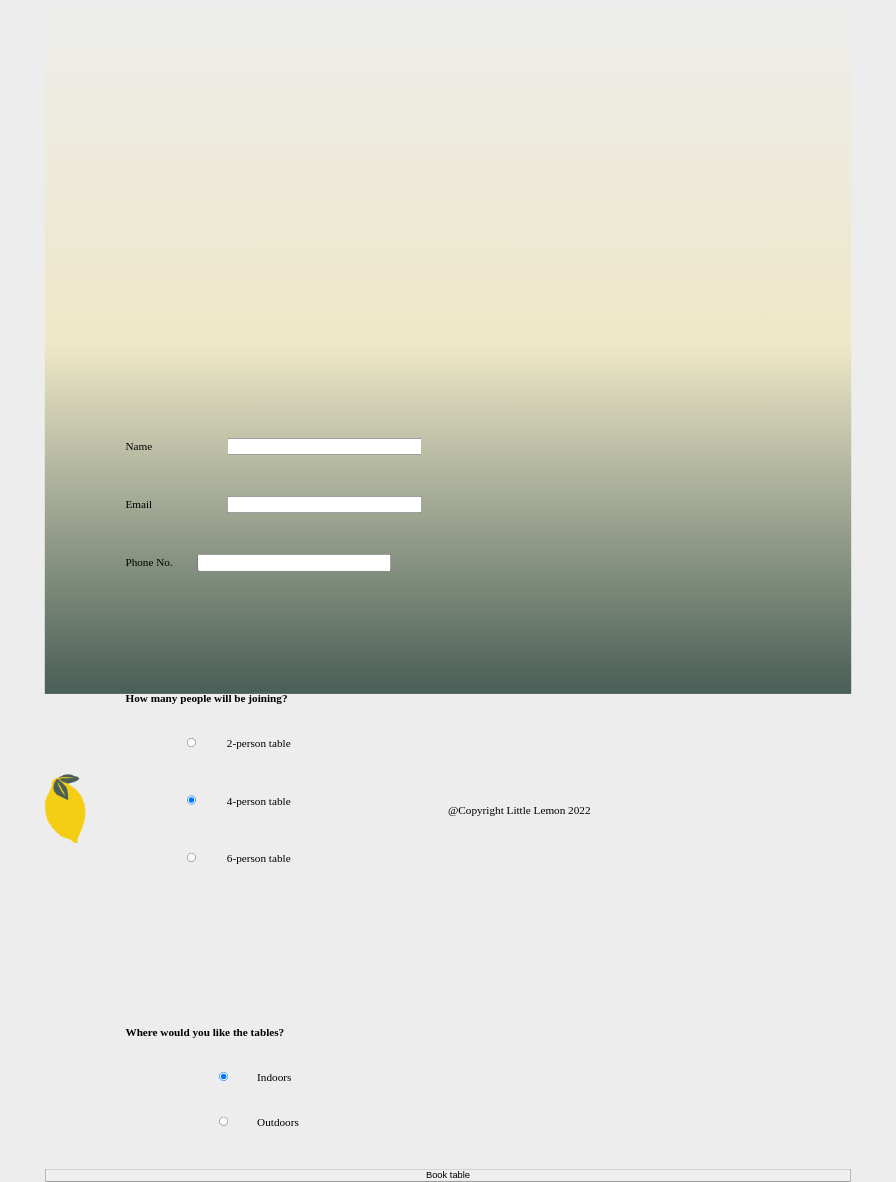
Repository: klone007/littleLemon
Page: index.html
The author's editor kept a copy of each file at every save. The page is drawn from the files as they stood at one save, then again after the next save.
The browser window is 1280 px wide. The pictures show the part of the page from y = 2975 to 4895 px (the page is 4664 px tall before and 4895 px after), at 70% of full size.
A picture or video elsewhere on the page could not be fetched, so the positions and the page height are approximate. Backgrounds fixed to the window are drawn as part of the page.

Above is the page before, as saved 2022-11-17 13:45:25.

### index.html
<!DOCTYPE html>
<html lang="en">
<head>
    <meta charset="UTF-8">
    <meta http-equiv="X-UA-Compatible" content="IE=edge">
    <meta name="viewport" content="width=device-width, initial-scale=1.0">
    <title>Little Lemon</title>
    <meta name="author" content="Owned by Maria & Jason">
    <meta name="description" content="Little lemon restaurant">

    <link rel="stylesheet" href="./styles.css">
    <link rel="stylesheet" href="./docs/flickity.css" media="screen">
</head>
<body>
    <script src="./docs/flickity.pkgd.min.js"></script>

<nav class="top-nav navbar-fixed-top">
    <header>
        <a href="#Home">
            <img src="./img/Asset 20@4x.png" alt="logo" />
        </a>
    </header>
    <input id="menu-toggle" type="checkbox" />
    <label class='menu-button-container' for="menu-toggle">
    <div class='menu-button'></div>
  </label>
    <ul class="menu">
        <li><a href="#Home">Home</a></li>
        <li><a href="#Menu">Menu</a></li>
        <li><a href="#mainBook">Book</a></li>
        <li><a href="#About">About</a></li>
    </ul>
</nav>


    <main>
        <h1 id="Home">Our Featured</h1>
        <section class="gallery js-flickity" data-flickity-options='{ "wrapAround": true }'>
            <div class="gallery-cell">
                <img src="https://external-content.duckduckgo.com/iu/?u=https%3A%2F%2Fwww.sightseeingtoursitaly.com%2Fwp-content%2Fuploads%2F2019%2F06%2FFamous-Italian-dishes.jpg&f=1&nofb=1&ipt=5f17ed8798b09670346a59e0c6dda9133987f1fbc826aab0525b9c7dfd5eefc6&ipo=images" alt="" loading="lazy" />
            </div>
            <div class="gallery-cell">
                <img src="https://external-content.duckduckgo.com/iu/?u=https%3A%2F%2Fcdn.websites.hibu.com%2F42205d4164494aec9952633686609fc8%2Fdms3rep%2Fmulti%2Fshutterstock_1048781273.jpg&f=1&nofb=1&ipt=9319afd718bb88107d86b2624e313065a7d3a600e22631227c980300d2d9ea5e&ipo=images" alt="" loading="lazy" />
            </div>
            <div class="gallery-cell">
                <img src="https://external-content.duckduckgo.com/iu/?u=https%3A%2F%2Fdianashealthyliving.com%2Fwp-content%2Fuploads%2F2019%2F09%2FItalian-food-Depositphotos_.jpg&f=1&nofb=1&ipt=6b3899b664b8c8aa324edf4a5f0cf548525f48ccb5f7a4fc71eac060adbfea16&ipo=images" alt="" loading="lazy" />
            </div>
            <div class="gallery-cell">
                <img src="https://external-content.duckduckgo.com/iu/?u=https%3A%2F%2Fwww.lux-review.com%2Fwp-content%2Fuploads%2F2020%2F03%2FPasta-1.jpg&f=1&nofb=1&ipt=236038c1ddcf4aa03c9a1fd1d1489bc57e1f28b597d5af0d285d39a5f3813c10&ipo=images" alt="" />
            </div>
            <div class="gallery-cell">
                <img src="https://external-content.duckduckgo.com/iu/?u=https%3A%2F%2Fthepointsguy.co.uk%2Fwp-content%2Fuploads%2F2020%2F09%2FGettyImages-599272840.jpg&f=1&nofb=1&ipt=aed47e269af3bf5fa11b8c201e77a3612dee3b5e70cd9f18d9500c28e0df9f67&ipo=images" alt="" loading="lazy" />
            </div>
        </section>

        <h1 id="Menu">Menu</h1>
        <section id="mainMenu">
            <article>
                <h3>Dish 1</h3>
                <div>
                    <img src="https://external-content.duckduckgo.com/iu/?u=https%3A%2F%2Fwww.trbimg.com%2Fimg-58b999a4%2Fturbine%2Fct-chicago-modern-classics-food-0308-20170303&f=1&nofb=1&ipt=e55a6103835e539b9ddba910f3aa8f07babc50ec035bc059d606dd24fa5a5659&ipo=images" alt="" />
                    <p>Lorem ipsum dolor sit amet consectetur adipisicing elit. Labore inventore rem quos repellat fugiat consequatur numquam, sapiente aperiam culpa aliquid maiores asperiores! Alias eligendi odit, vero amet aut quia non?</p>
                </div>
            </article>
            <article>
                <h3>Dish 2</h3>
                <div>
                    <img src="https://external-content.duckduckgo.com/iu/?u=https%3A%2F%2Fwww.webivm.com%2Fwp-content%2Fuploads%2F2016%2F12%2FFood-Photos.jpg&f=1&nofb=1&ipt=6a3492d880aad37e76e2c229f1153e1a0fc916bf886f3e4d2b33b8b43cbbb8ba&ipo=images" alt="" />
                    <p>Lorem ipsum dolor sit amet consectetur adipisicing elit. Labore inventore rem quos repellat fugiat consequatur numquam, sapiente aperiam culpa aliquid maiores asperiores! Alias eligendi odit, vero amet aut quia non?</p>
                </div>
            </article>
            <article>
                <h3>Dish 3</h3>
                <div>
                    <img src="https://external-content.duckduckgo.com/iu/?u=https%3A%2F%2Fwww.food-management.com%2Fsites%2Ffood-management.com%2Ffiles%2Fstyles%2Farticle_featured_retina%2Fpublic%2FHawaiiPromo_BU_1.jpg%3Fitok%3Dl8BccNDz&f=1&nofb=1&ipt=f5ae2a2fe3e9c6f5db3d1dd3f7cba8346bc18a211ab68dd1c32996616daafb87&ipo=images" alt="" />
                    <p>Lorem ipsum dolor sit amet consectetur adipisicing elit. Labore inventore rem quos repellat fugiat consequatur numquam, sapiente aperiam culpa aliquid maiores asperiores! Alias eligendi odit, vero amet aut quia non?</p>
                </div>
            </article>
            <article>
                <h3>Dish 4</h3>
                <div>
                    <img src="https://external-content.duckduckgo.com/iu/?u=https%3A%2F%2Fmoroccanfoodtour.com%2Fwp-content%2Fuploads%2F2020%2F05%2FMFT-Tetouan-Food-Tour-5.jpg&f=1&nofb=1&ipt=5d10271906c29c0f482e9af2e71def8f1021706b03ddfc3b13a227a26cf32f92&ipo=images" alt="" />
                    <p>Lorem ipsum dolor sit amet consectetur adipisicing elit. Labore inventore rem quos repellat fugiat consequatur numquam, sapiente aperiam culpa aliquid maiores asperiores! Alias eligendi odit, vero amet aut quia non?</p>
                </div>
            </article>
            <article>
                <h3>Dish 5</h3>
                <div>
                    <img src="https://external-content.duckduckgo.com/iu/?u=https%3A%2F%2Fimg.choice.com.au%2F-%2Fmedia%2Ff738b5b9623b4c90ad0837f98b0ea96b.ashx&f=1&nofb=1&ipt=1635fb9e31ba85f9b28735716f80466546eed1ee7c42d5bcbd6a9909df5d35f2&ipo=images" alt="" />
                    <p>Lorem ipsum dolor sit amet consectetur adipisicing elit. Labore inventore rem quos repellat fugiat consequatur numquam, sapiente aperiam culpa aliquid maiores asperiores! Alias eligendi odit, vero amet aut quia non?</p>
                </div>
            </article>
            <article>
                <h3>Dish 6</h3>
                <div>
                    <img src="https://external-content.duckduckgo.com/iu/?u=https%3A%2F%2Fwww.charlottefashionplate.com%2Fwp-content%2Fuploads%2F2019%2F04%2FFullSizeRender-2019-09-12T093414.937-e1568295666416.jpg&f=1&nofb=1&ipt=a75d703fefdf0bc48c22dafd73ad0c617d56c21db92b64727021d744cfa860a5&ipo=images" alt="" />
                    <p>Lorem ipsum dolor sit amet consectetur adipisicing elit. Labore inventore rem quos repellat fugiat consequatur numquam, sapiente aperiam culpa aliquid maiores asperiores! Alias eligendi odit, vero amet aut quia non?</p>
                </div>
            </article>
        </section>

        <h1 id="About">About</h1>
        <section id="mainAbout">
            <div class="myDIV">
                 <img src="https://external-content.duckduckgo.com/iu/?u=https%3A%2F%2Fst3.depositphotos.com%2F2572561%2F16353%2Fi%2F950%2Fdepositphotos_163534638-stock-photo-two-famous-chefs-discuss-their.jpg&f=1&nofb=1&ipt=b503cf392cbfb92c1189adf6e87bce2d96b5f10e32ff79c8c39acd97c9648224&ipo=images" alt="Little Lemon's chefs" loading="lazy" />
            </div>
            <!-- <div class="hide">
                The image used is stock image from google images.
            </div> -->

            <p>
                Based in Chicago, Illinois, <strong>Little Lemon is a family-owned Mediterranean restaurant</strong>, focused on <strong>traditional recipes served with a
                modern twist.</strong> The chefs draw inspiration from Italian, Greek, and Turkish culture and have a menu of 12–15 items that they rotate
                seasonally. The restaurant has a rustic and relaxed atmosphere with moderate prices, making it a <strong>popular place for a meal any time of
                the day.</strong>
                <br /> <br />
                Little Lemon is <strong>owned by</strong>two Italian brothers, <strong>Mario and Adrian</strong>, who moved to the United States to pursue their shared dream of owning a restaurant.
                To craft the menu, Mario relies on family recipes and his experience as a chef in Italy. Adrian does all the marketing for the restaurant and led the
                effort to expand the menu beyond classic Italian to incorporate additional cuisines from the Mediterranean region.
            </p>
        </section>
        <section id="mainBook">
            <h1>Book</h1>
            <div class="parallax"></div>

            <form class="content" method="post" >

                    <label for="user_Name">Name
                        <input type="text" id="user_Name" name="user_Name" required/>
                    </label>
                    <label for="user_Email">Email
                        <input type="email" id="user_Email" name="user_Email" required/>
                    </label>

                <label for="user_Phone">Phone No.
                    <input type="tel" id="user_Phone" name="user_Phone"/>
                </label>
                <fieldset id="size">
                    <p><strong>How many people will be joining?</strong></p>
                    <label><input type="radio" value="2" name="size" />2-person table</label><br>
                    <label><input type="radio" value="4" name="size" checked/>4-person table</label><br>
                    <label><input type="radio" value="6" name="size" />6-person table</label>
                </fieldset>
                <fieldset id="location">
                    <p><strong>Where would you like the tables?</strong></p>
                    <label><input type="radio" value="indoors" name="location" checked/>Indoors</label>
                    <label><input type="radio" value="outdoors" name="location" />Outdoors</label>
                </fieldset>
                <button type="submit">Book table</button>

            </form>
        </section>
    </main>
    <footer>
        <div >
            <img src="./img/Asset 9@4x.png" alt=""></img>
        </div>
        <div >
            <p>@Copyright Little Lemon 2022</p>
        </div>
    </footer>


</body>
</html>

### styles.css
:root {
    --lemonYelow:#f4ce14;
    --lemonGreen: #495e57;
}


*{
    margin:0;
    padding:0;
    -webkit-box-sizing: border-box;
    box-sizing: border-box;
}

body {
    background-color: #ededed;
    margin-top: 1rem;
    margin-bottom: 1rem;
    margin-left: 5%;
    margin-right: 5%;
}

header  img {
    display: block;
    margin-left: auto;
    margin-right: auto;
    max-width:3rem;
    min-height:3rem;
    animation-duration: 2s;
    animation-name: slideinLeft;
}

.top-nav  ul {
    list-style: none;
    animation-duration: 2s;
    animation-name: slideinRight;
}

.top-nav a {
    text-decoration: none;
    /* color:rgb(252, 227, 8); */
    color:white;
    padding: 10px 30px;
}

.top-nav a:hover {
    color: var(--lemonYelow);
    transform: scale(0.7);
}

.top-nav {
    display: flex;
    flex-direction: row;
    align-items: center;
    justify-content: space-between;
    background-color: #00BAF0;
    /* background: linear-gradient(to left, #214900ef, #ffe5511e); */
    background: linear-gradient(to left, #495e57, #f4cf142c);

    /* W3C, IE 10+/ Edge, Firefox 16+, Chrome 26+, Opera 12+, Safari 7+ */
    color: #FFF;
    height: 50px;
    padding: 1em;
    margin-top: 3%;


  }

  .menu {
    display: flex;
    flex-direction: row;
    list-style-type: none;
    margin: 0;
    padding: 0;
  }

  .menu > li {
    margin: 0 1rem;
    overflow: hidden;
  }

  .menu-button-container {
    display: none;
    height: 100%;
    width: 30px;
    cursor: pointer;
    flex-direction: column;
    justify-content: center;
    align-items: center;
  }

  #menu-toggle {
    display: none;
  }

  .menu-button,
  .menu-button::before,
  .menu-button::after {
    display: block;
    background-color: #fff;
    position: absolute;
    height: 4px;
    width: 30px;
    transition: transform 400ms cubic-bezier(0.23, 1, 0.32, 1);
    border-radius: 2px;
  }

  .menu-button::before {
    content: '';
    margin-top: -8px;
  }

  .menu-button::after {
    content: '';
    margin-top: 8px;
  }

  #menu-toggle:checked + .menu-button-container .menu-button::before {
    margin-top: 0px;
    transform: rotate(405deg);
  }

  #menu-toggle:checked + .menu-button-container .menu-button {
    background: rgba(255, 255, 255, 0);
  }

  #menu-toggle:checked + .menu-button-container .menu-button::after {
    margin-top: 0px;
    transform: rotate(-405deg);
  }

  @media (max-width: 700px) {
    .menu-button-container {
      display: flex;
    }
    .menu {
        z-index:1000;
      position: absolute;
      top: 50px;
      margin-top: 50px;
      left: 0;
      flex-direction: column;
      width: 100%;
      justify-content: center;
      align-items: center;
    }
    #menu-toggle ~ .menu li {
      height: 0;
      margin: 0;
      padding: 0;
      border: 0;
      transition: height 400ms cubic-bezier(0.23, 1, 0.32, 1);
    }
    #menu-toggle:checked ~ .menu li {
      border: 1px solid #333;
      height: 3.5em;
      padding: 0.5em;
      transition: height 400ms cubic-bezier(0.23, 1, 0.32, 1);
    }
    .menu > li {
      display: flex;
      justify-content: center;
      margin: 0;
      padding: 0.5em 0;
      width: 100%;
      color: white;
      background-color: #222;
    }
    .menu > li:not(:last-child) {
      border-bottom: 1px solid #444;
    }
  }

  .navbar-fixed-top{
    position: -webkit-sticky;
    position: sticky;
    top: 0px;
    z-index: 99999;
  }

/* nav {
display: flex;
justify-content: space-between;
}

header > img {
    display: block;
    margin-left: auto;
    margin-right: auto;
    max-width:5rem;
    min-height:5rem;
}

nav  ul {
    list-style: none;
    display: flex;
    justify-content: center;
    align-items: center;

}

nav a:link {
    text-decoration: none;
    color: rgb(5, 107, 5);
    padding: 10px 50px;

}

nav a:hover {
    background-color: green;
    color: antiquewhite;
} */




main  h1 {
    display: flex;
    justify-content: center;
    align-items: center;
    margin-top:5%;
    margin-bottom:3%;
    color:var(--lemonGreen);
    padding-top: 1rem;
}

main  h1:hover{
    /* animation: 1s 1 forwards pulse */
    transform: scale(1.2);
    transition: 0.5s ease-in-out;
}

main img {
    max-width:100%;
    min-height: 100%;
}

.gallery {
    background: #EEE;
    margin-bottom: 5%;
  }

  .gallery-cell {
    width: 50vw;
    height: 30vh;
    margin-left: 10px;
    counter-increment: gallery-cell;
  }

  /* cell number */
  .gallery-cell:before {
    display: block;
    text-align: center;
    content: "";
    line-height: 200px;
    font-size: 80px;
    color: white;
  }



  #mainMenu {
    display: flex;
    flex-wrap: wrap;
    overflow: auto;

}
#mainMenu div {
    display: flex;
    justify-content: center;
    align-items: center;
    gap:2rem;
}

#mainMenu img {
    max-width: 5rem;
    max-height: 5rem;
}
article img:hover {
    transform: scale(4) translate(50%,10%);
    transition: 0.5s ease-in-out;
}

main h3 {
    padding-bottom:1rem
}

main article {
    flex: 1 0 500px;
    box-sizing: border-box;
    margin: 1rem .25em;
    padding:2rem;

    max-width: 25rem;
}

main article:hover {
    color:#f4ce14;
    background-color: var(--lemonGreen);
    box-shadow: inset 0 0 1rem #444;
    border-radius: 5%;
}

@media screen and (min-width: 40em) {
    main article  {
       max-width: calc(50% -  1em);
    }


}

@media screen and (min-width: 60em) {
    main article  {
        max-width: calc(25% - 1em);
    }
}


#mainAbout {
    display: flex;
    flex-direction:column;
    justify-content: center;
    align-items: center;

}

#mainAbout img {
    max-width: 20rem;
    min-height: 20rem;
    margin:5%;
    padding:2rem;
    border-radius: 50%;
    filter:blur(0.5rem) grayscale(100%);
    transition:.5s ease-out;
}
#mainAbout img:hover {
    filter:blur(0rem) grayscale(0%);

}
/* .hide {
    display: none;
    position:absolute;
    left:8%
  } */

  /* .myDIV:hover + .hide {
    display: block;
    color: red;
  } */

#mainAbout p {
    flex: 1 0 500px;
    box-sizing: border-box;
    margin: 1rem .25em;
    padding:1rem;
}

footer {
    display: flex;
    justify-content: center;
    align-items: center;
    margin-top:10%;
}
footer div {
    flex: 1;
}

footer img {
    width:10%;
}
footer img:hover {
    transform:rotate(60deg) ;
   transition: 1s ease;
}



@media screen and (min-width:880px) {

    .gallery-cell {
        width: 70vw;
        height: 70vh;
        margin-left: 10px;
        counter-increment: gallery-cell;
      }

      #mainAbout{
        display: flex;
        justify-content: space-between;
        flex-direction: row;
        margin:1rem;
        gap: 2rem;
    }
    #mainAbout img {
        max-width: 20rem;
        min-height: 20rem;
        margin:5%;
        border-radius: 0;
    }
    #mainAbout p {
        flex: 1 ;
        box-sizing: border-box;
        margin: 1rem .25em;
        padding:1rem;
    }
    article img:hover {
        transform: scale(8) translate(50%,10%);
        transition: 0.5s ease-in-out;
    }

  }




  @keyframes slideinRight {
    from {
      margin-right: -100rem;
      opacity: 0;
    }
    25% {

        margin-right: -10rem;
        opacity: 0.25;
      }
    50% {

    margin-right: -5rem;
    opacity: 0.5;
    }
    75% {

      margin-right: -1rem;
      opacity: 0.75;
    }

    to {
      margin-right: 0rem;
      opacity: 1;
    }
  }


  @keyframes slideinLeft {
    from {
      margin-left: -100rem;
      opacity: 0;

    }

    25% {

    margin-left: -10rem;
    opacity: 0.25;
    }

    50% {

    margin-left: -5rem;
    opacity: 0.5;
    width:50%;
    }
    75% {

    margin-left: -5rem;
    opacity: 0.5;
    width:75%;

    }

    to {
      margin-left: 0rem;
      opacity: 1;
     width:100%;

    }
  }

  .parallax {
    /* The image used */
    background-image: url("https://external-content.duckduckgo.com/iu/?u=https%3A%2F%2Fuplandsouthcandles.com%2Fwp-content%2Fuploads%2F2018%2F07%2F036684.jpg&f=1&nofb=1&ipt=ed1f1ccf7945ddfd3265d2114ec71a6c897354e652921af8277e8d438890888a&ipo=images");

    /* Set a specific height */
    min-height: 500px;

    /* Create the parallax scrolling effect */
    background-attachment: fixed;
    background-position: center;
    background-repeat: no-repeat;
    background-size: cover;
  }

  .content {
    height:1000px;
    background: linear-gradient(#eee20200,#f4cf142c, #495e57);
    display:flex;
    flex-direction: column;
    align-items: stretch;
    padding-top:50%;
}
.content label {
    padding-top:5%;
    padding-left: 10%;
}


#user_Name{
    margin-left:10%;
    padding:0.2rem 3rem;
}


#user_Email{
    margin-left:10%;
    padding:0.2rem 3rem;
}

#user_Phone{
    margin-left:3%;
    padding:0.2rem 3rem;
}

#size{
    display: flex;
    flex-direction: column;
    margin: 15% 10%;
    border:0;

}

#size label {
    margin-left:-3rem ;
}

input[name=size] {
    margin:0 5%;
}


#location{
    border:0;
    margin: 5% 10%;
    display:flex;
    flex-direction: column;
}

input[name=location]{
    margin:0 5%;
}

Loaded but not shown: docs/flickity.pkgd.min.js (library); docs/flickity.css (137 lines, source omitted)

After the next save:
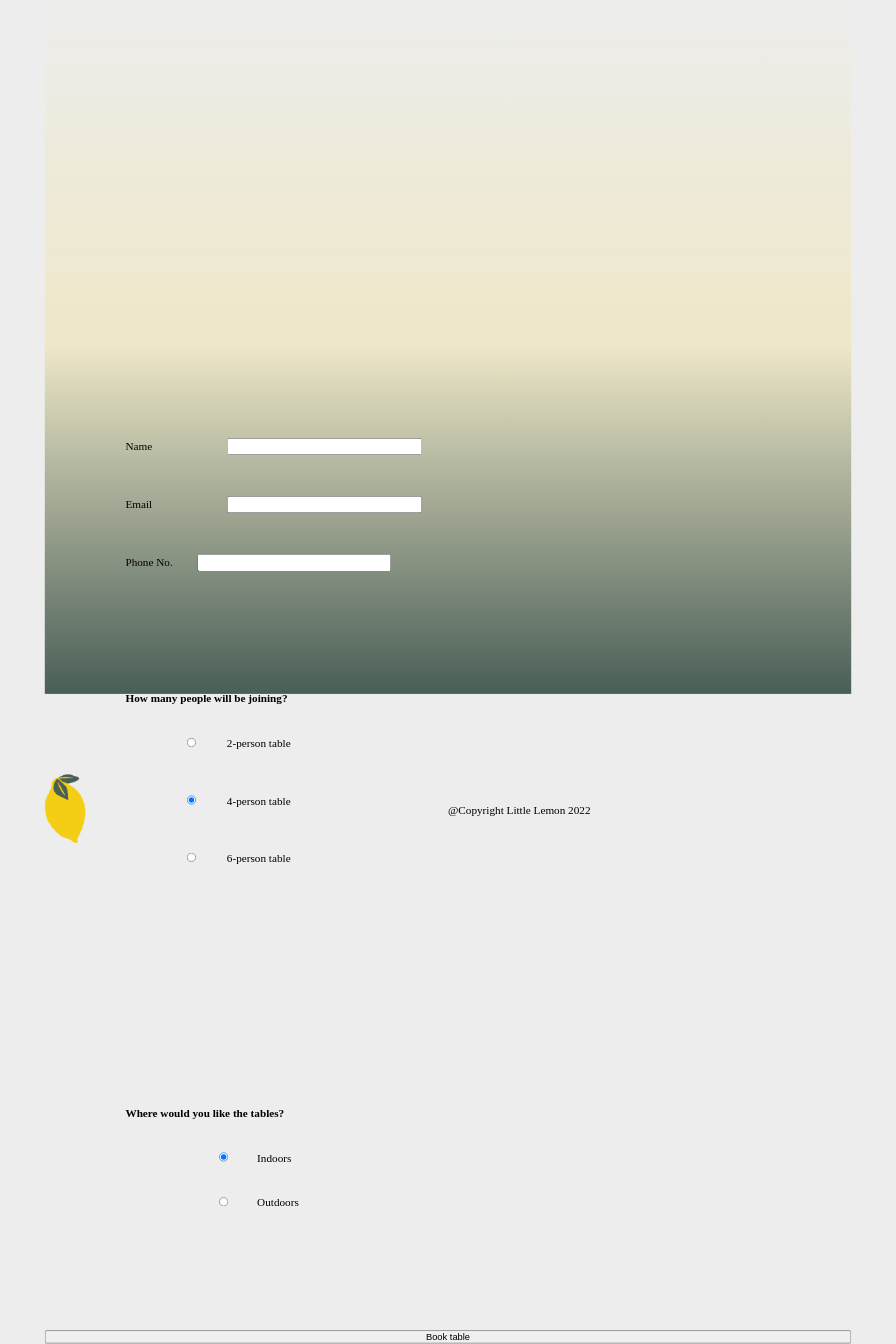
Saved 14 s later.
--- a/styles.css
+++ b/styles.css
@@ -538,7 +538,7 @@
 
 #location{
     border:0;
-    margin: 5% 10%;
+    margin: 15% 10%;
     display:flex;
     flex-direction: column;
 }

After the save that followed:
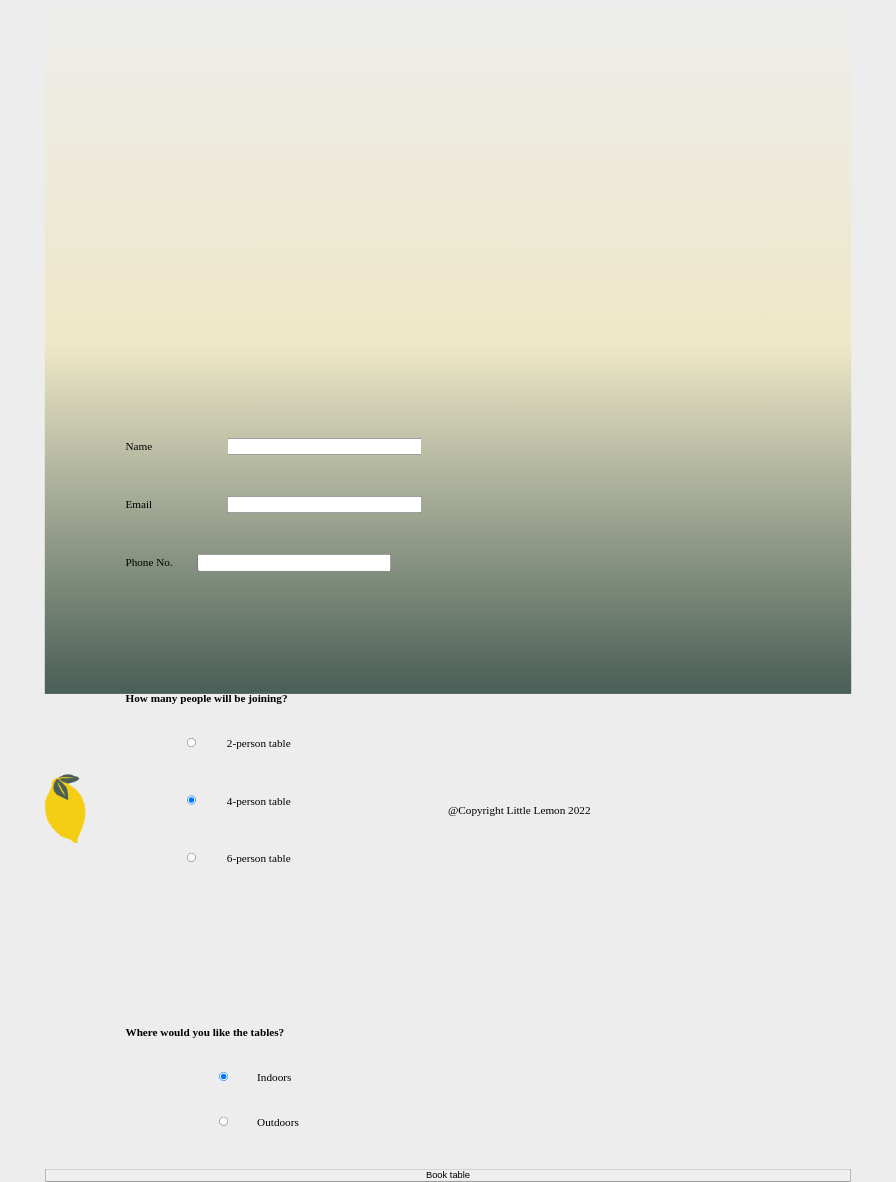
Saved 6 s later.
--- a/styles.css
+++ b/styles.css
@@ -538,7 +538,7 @@
 
 #location{
     border:0;
-    margin: 15% 10%;
+    margin: 5% 10%;
     display:flex;
     flex-direction: column;
 }
